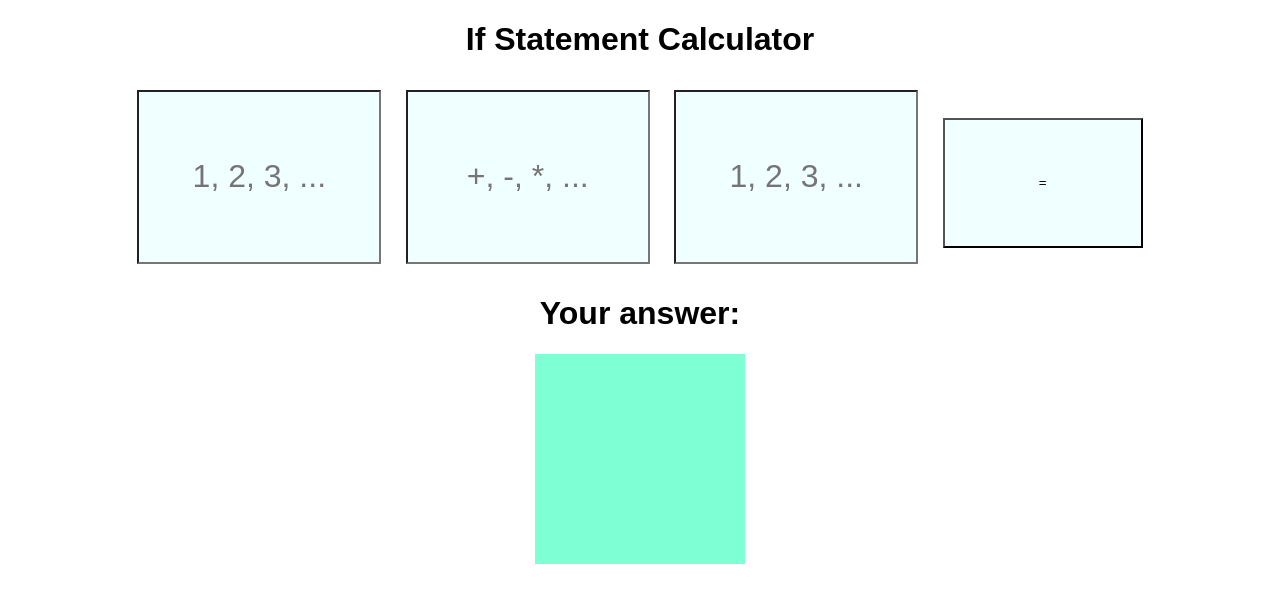
Repository: WesleyErasmus/threeInputCalculator
Page: html/if-calculator.html
The author's editor kept a copy of each file at every save. The page is drawn from the files as they stood at one save, then again after the next save.
The browser window is 1280 px wide. The pictures show the whole page.

Above is the page before, as saved 2022-04-27 22:17:00.

### html/if-calculator.html
<!DOCTYPE html>
<html lang="en">
<head>
    <meta charset="UTF-8">
    <meta http-equiv="X-UA-Compatible" content="IE=edge">
    <meta name="viewport" content="width=device-width, initial-scale=1.0">
    <title>JS If Calculator</title>
    <link rel="stylesheet" href="/css/stylesheet.css">
    <script src="/js/if-calculator.js"></script>

</head>
<body>

<center>
    <form onsubmit="return false;">
        <h1>If Statement Calculator</h1>
        <!-- <div class="inputField"> -->
        <!-- <label for="input1">Enter a number</label> -->
         <input id="input1" type="text" name = "input1" placeholder="1, 2, 3, ..."> <!-- input-1 -->
        </div>
        <!-- <div class="inputField"> -->
         <!-- <label for="input3">Enter operator</label> -->
         <input id="input3" type="text" name = "input3" placeholder="+, -, *, ..."> <!-- input-3 (operator) -->
        </div>
        <!-- <div class="inputField"> -->
         <!-- <label for="input2">Enter a number </label> -->
         <input id="input2" type="text" name = "input2" placeholder="1, 2, 3, ..."> <!-- input-2 -->
        </div>
         <button onclick="sum()">=</button>
         <h1>Your answer:</h1>
         <p id="output"></p>
    </form>
</center>
</body>
</html>

### css/stylesheet.css
body {
font-family: sans-serif;
}
form {
display: block;
margin: 0 auto;
}
input {
    background-color: azure;
    width: 200px;
    height: 130px;
    padding: 20px;
    margin: 10px;
    text-align: center;
    font-size: xx-large;
}
button {
    background-color: azure;
    width: 200px;
    height: 130px;
    padding: 0;
    margin: 10px;
}
p {
    width: 210px;
    height: 210px;
    background-color: aquamarine;
}

### js/if-calculator.js
function sum() {
const num1 = document.getElementById("input1").value;
const num2 = document.getElementById("input2").value;
const operator = document.getElementById("input3").value;
const output = document.getElementById("output").value;
  let answer;
  document.getElementById("output").value;
  if (operator == '+') {
    answer = +num1 + +num2;
    document.getElementById("output").innerHTML = answer;
  } else if (operator == '-') {
    answer = num1 - num2;
    document.getElementById("output").innerHTML = answer;
  } else if (operator == '*') {
    answer = num1 * num2;
    document.getElementById("output").innerHTML = answer;
  } else {
    answer = num1 / num2;
    document.getElementById("output").innerHTML = answer;
  }console.log(answer);
}

After the next save:
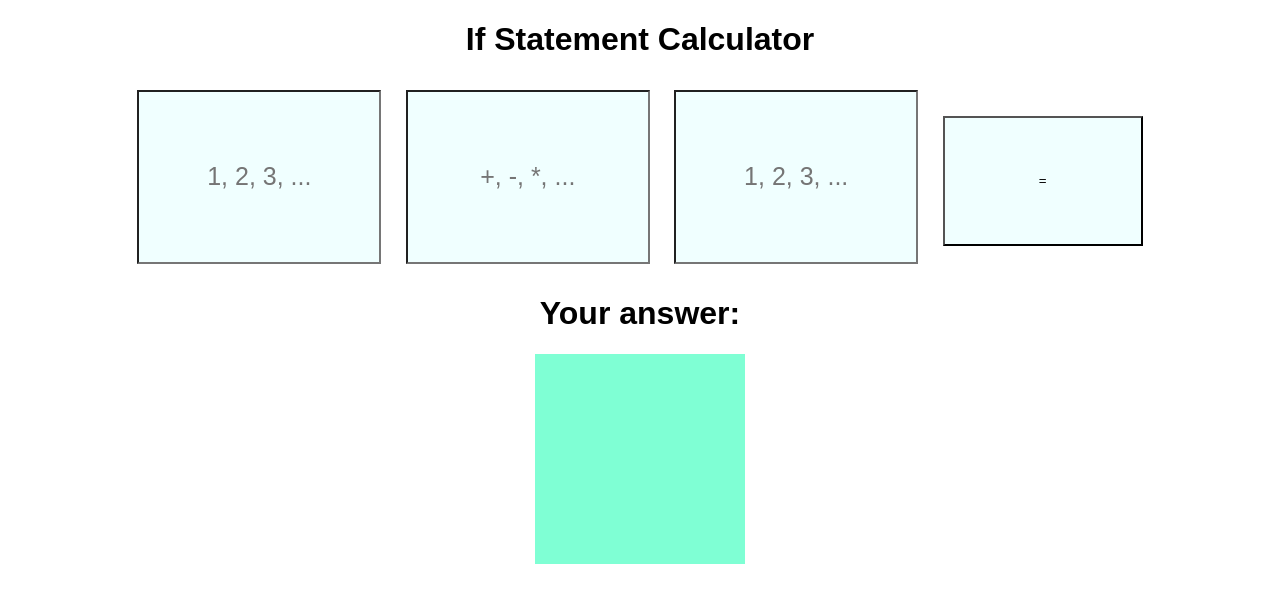
Saved 12 s later.
--- a/css/stylesheet.css
+++ b/css/stylesheet.css
@@ -12,7 +12,7 @@ input {
     padding: 20px;
     margin: 10px;
     text-align: center;
-    font-size: xx-large;
+    font-size: 25px;
 }
 button {
     background-color: azure;
